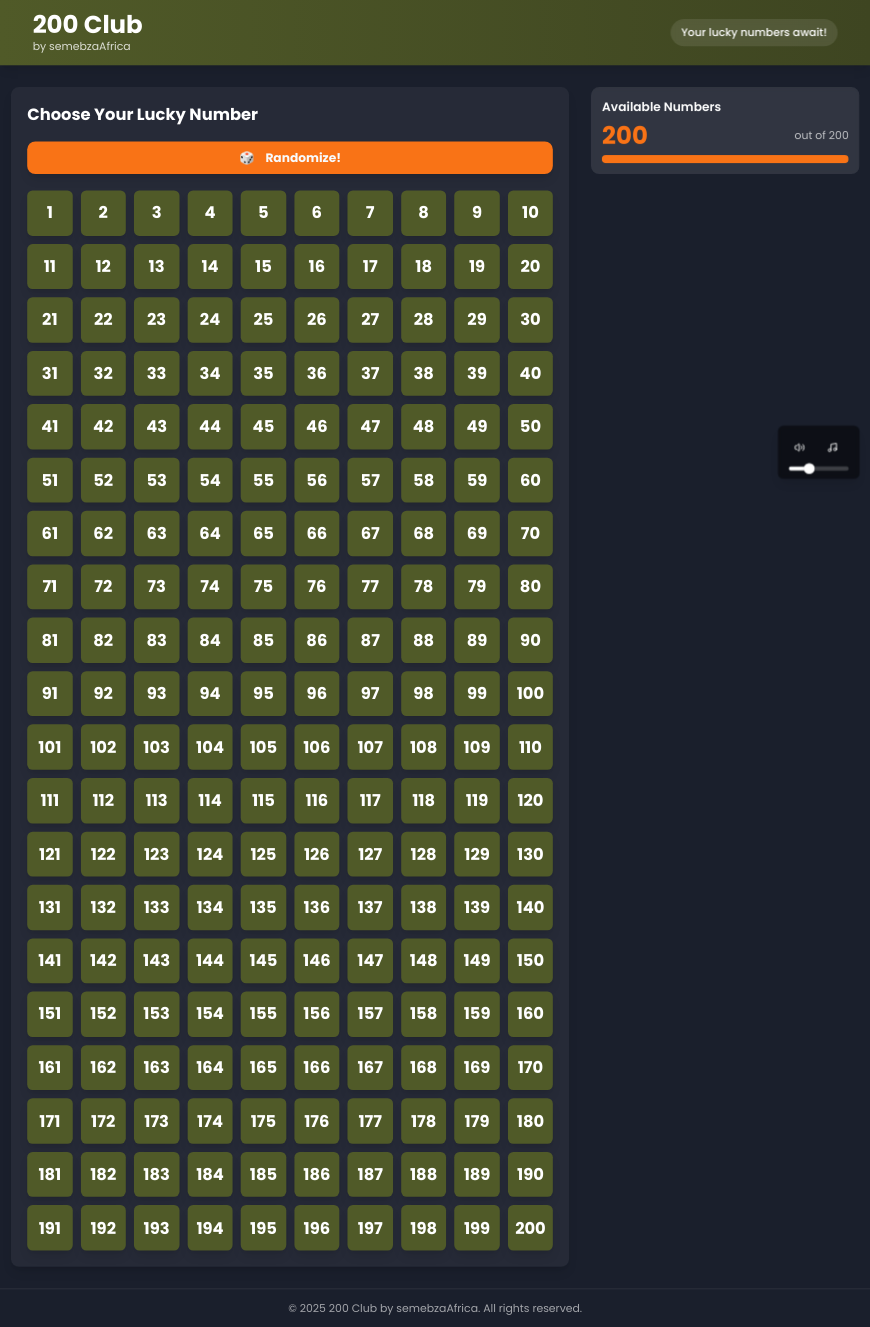
Repository: kaizoku010/200club
Page: /
These files come from the project's save history. The page is drawn as it stood at one moment and after the next save; the edit follows.
The browser window is 1280 px wide. The pictures show the whole page, at 68% of full size.
The project was rebuilt for these pictures with package versions that can differ from the ones it lists, and the page was loaded fresh each time. Also part of the build but not shown: vite.config.ts, src/components/ui/tooltip.tsx, src/components/SelectedNumber.tsx, src/components/Cart.tsx, src/components/ui/input.tsx, src/components/ui/radio-group.tsx, src/components/ui/label.tsx, src/pages/NotFound.tsx.

Above is the page before, as saved 2025-05-07 02:15:21.

After the next save:
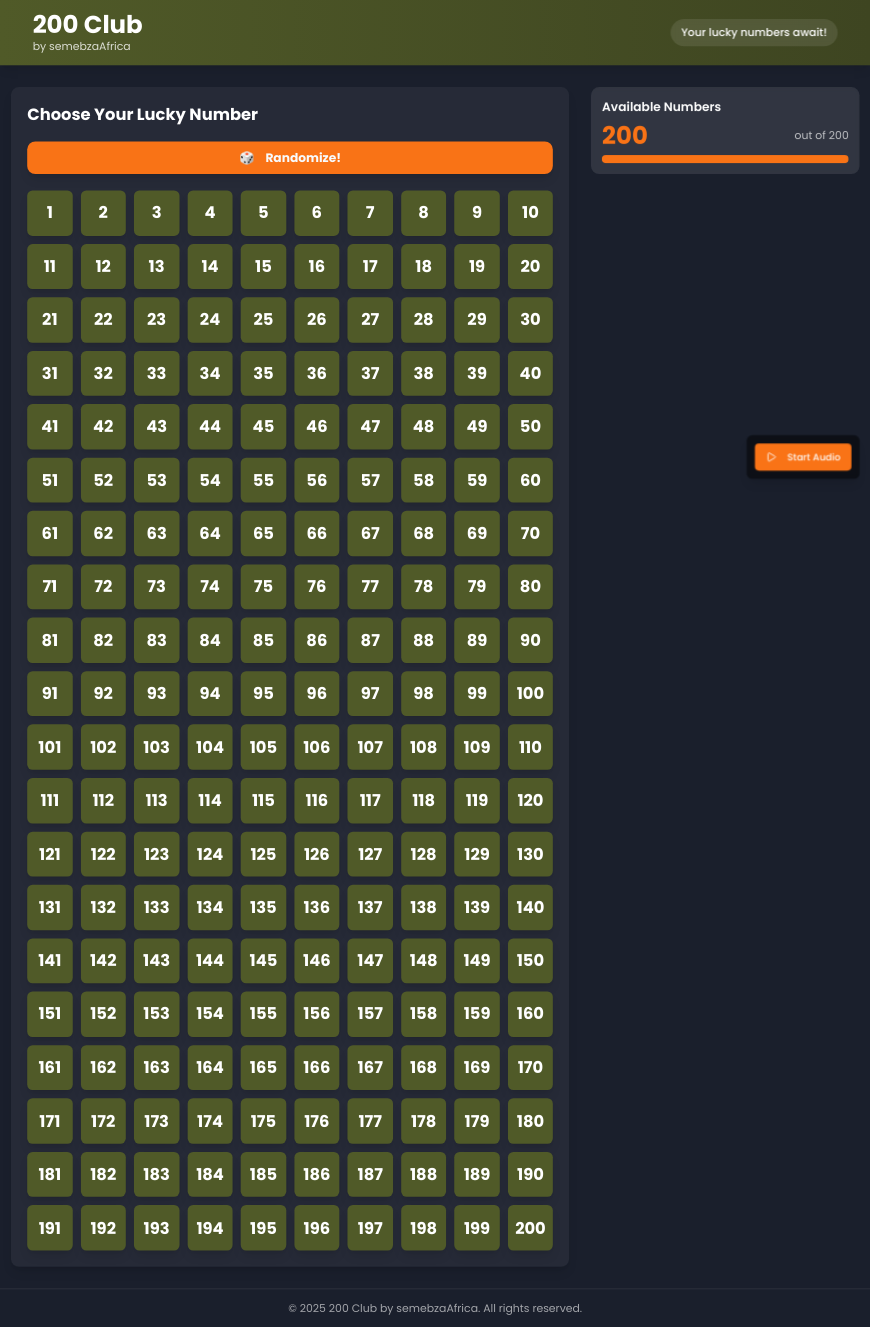
Saved 20 s later.
--- a/src/components/SoundControls.tsx
+++ b/src/components/SoundControls.tsx
@@ -67,34 +67,49 @@ const SoundControls: React.FC = () => {
   return (
     <div className="fixed bottom-4 right-4 z-50 bg-black/50 backdrop-blur-sm p-3 rounded-lg shadow-lg flex flex-col gap-2 animate-fadeIn"
     >
-      <div className="flex items-center gap-2">
+      {!audioStarted ? (
+        // Show start audio button if audio hasn't been started yet
         <Button
-          variant="ghost"
-          size="icon"
-          onClick={handleToggleSound}
-          className="text-white hover:bg-white/20"
+          variant="default"
+          onClick={handleStartAudio}
+          className="bg-game-accent hover:bg-game-highlight text-white"
         >
-          {soundOn ? <Volume2 size={18} /> : <VolumeX size={18} />}
+          <Play size={16} className="mr-2" />
+          Start Audio
         </Button>
-        <Button
-          variant="ghost"
-          size="icon"
-          onClick={handleToggleMusic}
-          className="text-white hover:bg-white/20"
-        >
-          {musicOn ? <Music size={18} /> : <Music2 size={18} />}
-        </Button>
-      </div>
+      ) : (
+        // Show audio controls once audio has been started
+        <>
+          <div className="flex items-center gap-2">
+            <Button
+              variant="ghost"
+              size="icon"
+              onClick={handleToggleSound}
+              className="text-white hover:bg-white/20"
+            >
+              {soundOn ? <Volume2 size={18} /> : <VolumeX size={18} />}
+            </Button>
+            <Button
+              variant="ghost"
+              size="icon"
+              onClick={handleToggleMusic}
+              className="text-white hover:bg-white/20"
+            >
+              {musicOn ? <Music size={18} /> : <Music2 size={18} />}
+            </Button>
+          </div>
 
-      {musicOn && (
-        <div className="w-24 px-1">
-          <Slider
-            defaultValue={[volume]}
-            max={1}
-            step={0.01}
-            onValueChange={handleVolumeChange}
-          />
-        </div>
+          {musicOn && (
+            <div className="w-24 px-1">
+              <Slider
+                defaultValue={[volume]}
+                max={1}
+                step={0.01}
+                onValueChange={handleVolumeChange}
+              />
+            </div>
+          )}
+        </>
       )}
     </div>
   );

After the save that followed:
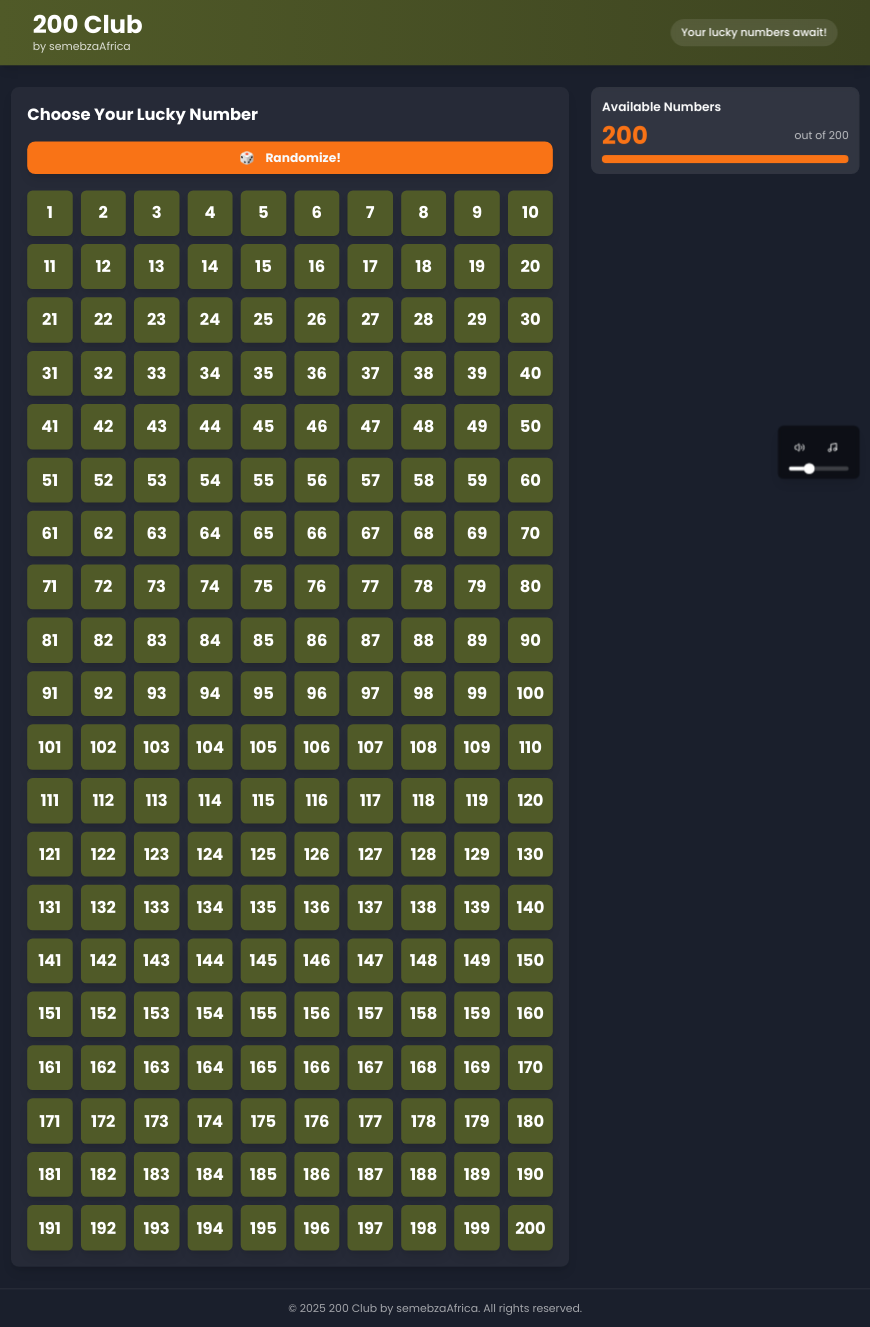
Saved 83 s later.
--- a/src/components/SoundControls.tsx
+++ b/src/components/SoundControls.tsx
@@ -18,11 +18,28 @@ const SoundControls: React.FC = () => {
   const [volume, setVolume] = useState(0.3);
   const [audioStarted, setAudioStarted] = useState(false);
 
-  // Initialize background music on component mount
+  // Initialize and try to autoplay background music on component mount
   useEffect(() => {
-    // Only initialize, don't play yet (to avoid autoplay policy issues)
+    // Initialize background music
     initBackgroundMusic();
     console.log('Background music initialized in SoundControls component');
+
+    // Try to start background music automatically
+    const audio = new Audio();
+    audio.play()
+      .then(() => {
+        console.log('Audio context started automatically');
+        setAudioStarted(true);
+
+        // Start background music if it's enabled
+        if (musicOn) {
+          toggleBackgroundMusic();
+        }
+      })
+      .catch(error => {
+        console.log('Autoplay prevented by browser policy, user will need to click the Start Audio button');
+        // We'll keep audioStarted as false so the Start Audio button will be shown
+      });
   }, []);
 
   // Toggle sound effects
